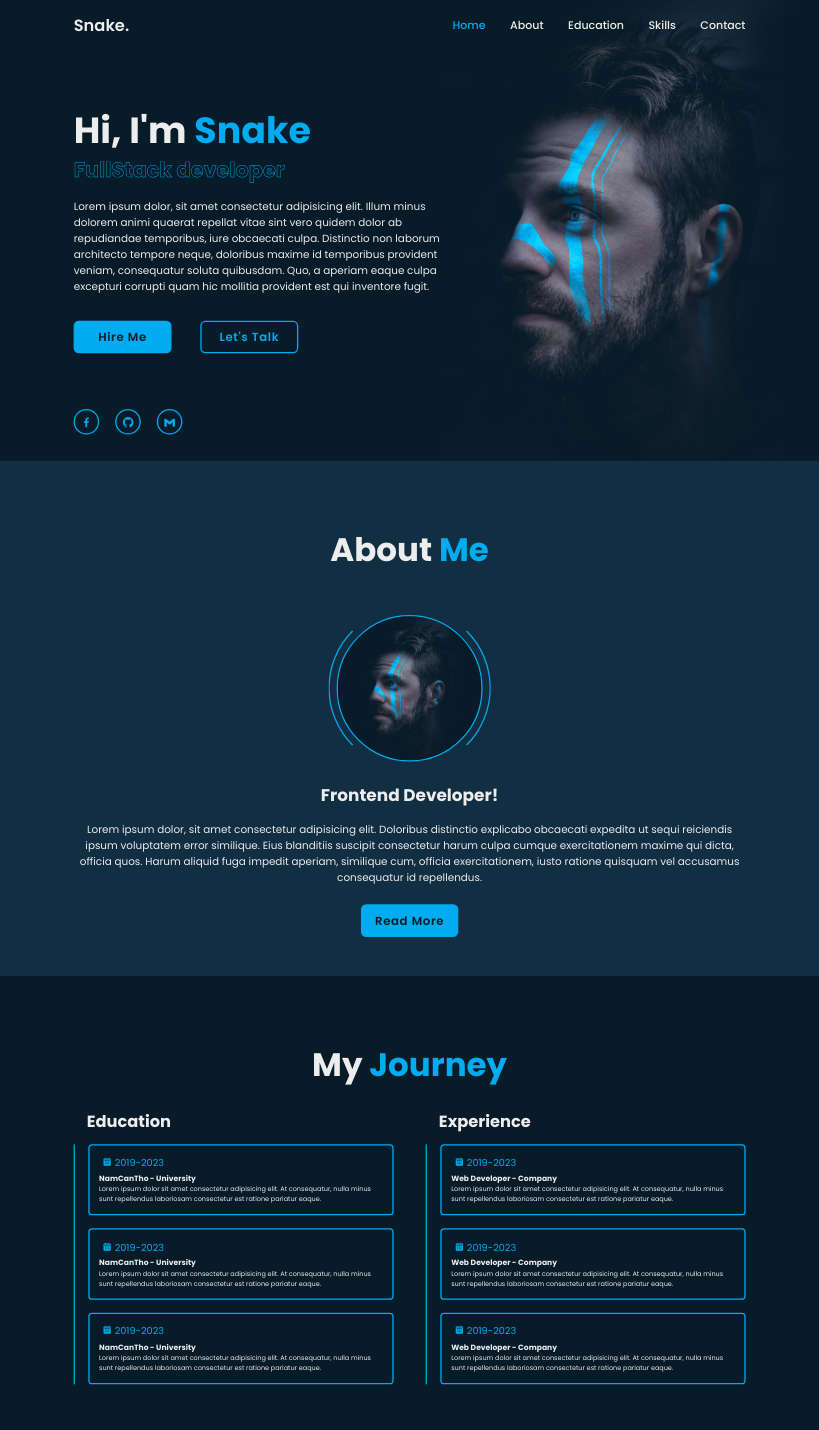
Repository: Tanty102/About_Me
Page: index.html
These files come from the project's save history. The page is drawn as it stood at one moment and after a run of saves; the edit follows.
The browser window is 1280 px wide. The pictures show the whole page, at 64% of full size.

Above is the page before, as saved 2023-09-12 18:41:33.

### index.html
<!DOCTYPE html>
<html lang="en">
  <head>
    <meta charset="UTF-8" />
    <meta name="viewport" content="width=device-width, initial-scale=1.0" />
    <link rel="stylesheet" href="style.css" />
    <title>CV Snake</title>
  </head>

  <!-- box icons -->
  <link
    href="https://unpkg.com/boxicons@2.1.4/css/boxicons.min.css"
    rel="stylesheet" />
  <body>
    <!-- Header design -->
    <header class="header">
      <a href="#" class="logo">Snake.</a>

      <div class="bx bx-menu" id="menu-icon"></div>

      <nav class="navbar">
        <a href="#home" class="active">Home</a>
        <a href="#about">About</a>
        <a href="#education">Education</a>
        <a href="#skills">Skills</a>
        <a href="#contact">Contact</a>
      </nav>
    </header>

    <!-- Home section design -->
    <section class="home" id="home">
      <div class="home-content">
        <h1>Hi, I'm <span>Snake</span></h1>
        <div class="text-animate">
          <h3>FullStack developer</h3>
        </div>
        <p>
          Lorem ipsum dolor, sit amet consectetur adipisicing elit. Illum minus
          dolorem animi quaerat repellat vitae sint vero quidem dolor ab
          repudiandae temporibus, iure obcaecati culpa. Distinctio non laborum
          architecto tempore neque, doloribus maxime id temporibus provident
          veniam, consequatur soluta quibusdam. Quo, a aperiam eaque culpa
          excepturi corrupti quam hic mollitia provident est qui inventore
          fugit.
        </p>

        <div class="btn-box">
          <a href="#" class="btn">Hire Me</a>
          <a href="#" class="btn">Let's Talk</a>
        </div>
      </div>

      <div class="home-sci">
        <a href="#"><i class="bx bxl-facebook"></i></a>
        <a href="#"><i class="bx bxl-github"></i></a>
        <a href="#"><i class="bx bxl-gmail"></i></a>
      </div>

      <div class="home-imgHover"></div>
    </section>

    <!-- About section design -->
    <section class="about" id="about">
      <h2 class="heading">About <span>Me</span></h2>

      <div class="about-img">
        <img src="image/about.jpg" alt="" />
        <span class="circle-spin"></span>
      </div>

      <div class="about-content">
        <h3>Frontend Developer!</h3>
        <p>
          Lorem ipsum dolor, sit amet consectetur adipisicing elit. Doloribus
          distinctio explicabo obcaecati expedita ut sequi reiciendis ipsum
          voluptatem error similique. Eius blanditiis suscipit consectetur harum
          culpa cumque exercitationem maxime qui dicta, officia quos. Harum
          aliquid fuga impedit aperiam, similique cum, officia exercitationem,
          iusto ratione quisquam vel accusamus consequatur id repellendus.
        </p>

        <div class="btn-box btns">
          <a href="#" class="btn">Read More</a>
        </div>
      </div>
    </section>

    <!-- Education section design -->
    <section class="education" id="education">
      <h2 class="heading">My <span>Journey</span></h2>

      <div class="education-row">
        <div class="education-column">
          <h3 class="title">Education</h3>

          <div class="education-box">
            <div class="education-content">
              <div class="content">
                <div class="year">
                  <i class="bx bxs-calendar"></i> 2019-2023
                </div>
                <h3>NamCanTho - University</h3>
                <p>
                  Lorem ipsum dolor sit amet consectetur adipisicing elit. At
                  consequatur, nulla minus sunt repellendus laboriosam
                  consectetur est ratione pariatur eaque.
                </p>
              </div>
            </div>

            <div class="education-content">
              <div class="content">
                <div class="year">
                  <i class="bx bxs-calendar"></i> 2019-2023
                </div>
                <h3>NamCanTho - University</h3>
                <p>
                  Lorem ipsum dolor sit amet consectetur adipisicing elit. At
                  consequatur, nulla minus sunt repellendus laboriosam
                  consectetur est ratione pariatur eaque.
                </p>
              </div>
            </div>

            <div class="education-content">
              <div class="content">
                <div class="year">
                  <i class="bx bxs-calendar"></i> 2019-2023
                </div>
                <h3>NamCanTho - University</h3>
                <p>
                  Lorem ipsum dolor sit amet consectetur adipisicing elit. At
                  consequatur, nulla minus sunt repellendus laboriosam
                  consectetur est ratione pariatur eaque.
                </p>
              </div>
            </div>
          </div>
        </div>

        <div class="education-column">
          <h3 class="title">Experience</h3>

          <div class="education-box">
            <div class="education-content">
              <div class="content">
                <div class="year">
                  <i class="bx bxs-calendar"></i> 2019-2023
                </div>
                <h3>Web Developer - Company</h3>
                <p>
                  Lorem ipsum dolor sit amet consectetur adipisicing elit. At
                  consequatur, nulla minus sunt repellendus laboriosam
                  consectetur est ratione pariatur eaque.
                </p>
              </div>
            </div>

            <div class="education-content">
              <div class="content">
                <div class="year">
                  <i class="bx bxs-calendar"></i> 2019-2023
                </div>
                <h3>Web Developer - Company</h3>
                <p>
                  Lorem ipsum dolor sit amet consectetur adipisicing elit. At
                  consequatur, nulla minus sunt repellendus laboriosam
                  consectetur est ratione pariatur eaque.
                </p>
              </div>
            </div>

            <div class="education-content">
              <div class="content">
                <div class="year">
                  <i class="bx bxs-calendar"></i> 2019-2023
                </div>
                <h3>Web Developer - Company</h3>
                <p>
                  Lorem ipsum dolor sit amet consectetur adipisicing elit. At
                  consequatur, nulla minus sunt repellendus laboriosam
                  consectetur est ratione pariatur eaque.
                </p>
              </div>
            </div>
          </div>
        </div>
      </div>
    </section>

    <script src="main.js"></script>
  </body>
</html>

### style.css
@import url("https://fonts.googleapis.com/css2?family=Poppins:wght@300;400;500;600;700;800;900&display=swap");

* {
  margin: 0;
  padding: 0;
  box-sizing: border-box;
  text-decoration: none;
  border: none;
  outline: none;
  scroll-behavior: smooth;
  font-family: "Poppins", sans-serif;
}

:root {
  --bg-color: #081b29;
  --second-bg-color: #112e42;
  --text-color: #ededed;
  --main-color: #00abf0;
}

html {
  font-size: 63.5%;
  overflow-x: hidden;
}

body {
  background: var(--bg-color);
  color: var(--text-color);
}

.header {
  position: fixed;
  top: 0;
  left: 0;
  width: 100%;
  padding: 2rem 9%;
  background: transparent;
  display: flex;
  justify-content: space-between;
  align-items: center;
  z-index: 100;
}

.logo {
  font-size: 2.5rem;
  color: var(--text-color);
  font-weight: 600;
}

.navbar a {
  font-size: 1.7rem;
  color: var(--text-color);
  font-weight: 500;
  margin-left: 3.5rem;
  transition: 0.3s;
}

.navbar a:hover,
.navbar a.active {
  color: var(--main-color);
}

#menu-icon {
  font-size: 3.6rem;
  color: var(--text-color);
  cursor: pointer;
  display: none;
}

section {
  min-height: 100vh;
  padding: 10rem 9% 2rem;
}

.home {
  display: flex;
  align-items: center;
  padding: 0 9%;
  background: url("/image/home.jpg") no-repeat;
  background-size: cover;
  background-position: center;
}

.home-content {
  max-width: 60rem;
}

.home-content h1 {
  font-size: 5.6rem;
  font-weight: 700;
  line-height: 1.3;
}

.home-content .text-animate {
  position: relative;
  width: 32.8rem;
}

.home-content .text-animate h3 {
  font-size: 3.2rem;
  font-weight: 700;
  color: transparent;
  -webkit-text-stroke: 0.7px var(--main-color);
}

.home-content p {
  font-size: 1.6rem;
  margin: 2rem 0 4rem;
}

.btn-box {
  position: relative;
  display: flex;
  justify-content: space-between;
  width: 34.5rem;
  height: 5rem;
}
.btn-box .btn {
  position: relative;
  display: inline-flex;
  justify-content: center;
  align-items: center;
  width: 15rem;
  height: 100%;
  background: var(--main-color);
  border: 0.2rem solid var(--main-color);
  border-radius: 0.8rem;
  font-size: 1.8rem;
  font-weight: 600;
  letter-spacing: 0.1rem;
  color: var(--bg-color);
  z-index: 1;
  overflow: hidden;
  transition: 0.5s;
}

.btn-box .btn:hover {
  color: var(--main-color);
}

.btn-box .btn:nth-child(2) {
  background: transparent;
  color: var(--main-color);
}

.btn-box .btn:nth-child(2):hover {
  color: var(--bg-color);
}

.btn-box .btn:nth-child(2)::before {
  background: var(--main-color);
}

.btn-box .btn::before {
  content: "";
  position: absolute;
  top: 0;
  left: 0;
  width: 0;
  height: 100%;
  background: var(--bg-color);
  z-index: -1;
  transition: 0.5s;
}

.btn-box .btn:hover::before {
  width: 100%;
}

.home-sci {
  position: absolute;
  bottom: 4rem;
  width: 170px;
  display: flex;
  justify-content: space-between;
}

.home-sci a {
  position: relative;
  display: inline-flex;
  justify-content: center;
  align-items: center;
  width: 40px;
  height: 40px;
  background: transparent;
  border: 0.2rem solid var(--main-color);
  border-radius: 50%;
  font-size: 20px;
  color: var(--main-color);
  z-index: 1;
  overflow: hidden;
  transition: 0.5s;
}

.home-sci a:hover {
  color: var(--bg-color);
}

.home-sci a::before {
  content: "";
  position: absolute;
  top: 0;
  left: 0;
  width: 0;
  height: 100%;
  background: var(--main-color);
  z-index: -1;
  transition: 0.5s;
}

.home-sci a:hover::before {
  width: 100%;
}

.home-imgHover {
  position: absolute;
  top: 0;
  right: 0;
  width: 45%;
  height: 100%;
  background: transparent;
  transition: 3s;
}

.home-imgHover:hover {
  background: var(--bg-color);
  opacity: 0.8;
}

.about {
  display: flex;
  justify-content: center;
  align-items: center;
  flex-direction: column;
  gap: 2rem;
  background: var(--second-bg-color);
  padding-bottom: 6rem;
}

.heading {
  font-size: 5rem;
  margin-bottom: 3rem;
  text-align: center;
}
span {
  color: var(--main-color);
}

.about-img {
  position: relative;
  width: 25rem;
  height: 25rem;
  border-radius: 50%;
  display: flex;
  justify-content: center;
  align-items: center;
}

.about-img img {
  width: 90%;
  border-radius: 50%;
  border: 0.2rem solid var(--main-color);
}

.about-img .circle-spin {
  position: absolute;
  top: 50%;
  left: 50%;
  transform: translate(-50%, -50%) rotate(0);
  width: 100%;
  height: 100%;
  border-radius: 50%;
  border-top: 0.2rem solid var(--second-bg-color);
  border-bottom: 0.2rem solid var(--second-bg-color);
  border-left: 0.2rem solid var(--main-color);
  border-right: 0.2rem solid var(--main-color);
}

.about-content {
  text-align: center;
}

.about-content h3 {
  font-size: 2.6rem;
}

.about-content p {
  font-size: 1.6rem;
  margin: 2rem 0 3rem;
}

.btn-box.btns {
  display: inline-block;
  width: 15rem;
}

.btn-box.btns a::before {
  background: var(--second-bg-color);
}

.education {
  display: flex;
  justify-content: center;
  align-items: center;
  flex-direction: column;
  min-height: auto;
  padding-bottom: 5rem;
}

.education .education-row {
  display: flex;
  flex-wrap: wrap;
  gap: 5rem;
}

.education-row .education-column {
  flex: 1 1 40rem;
}

.education-column .title {
  font-size: 2.5rem;
  margin: 0 0 1.5rem 2rem;
}

.education-column .education-box {
  border-left: 0.2rem solid var(--main-color);
}

.education-box .education-content {
  position: relative;
  padding-left: 2rem;
}

.education-content .content {
  position: relative;
  padding: 1.5rem;
  border: 0.2rem solid var(--main-color);
  border-radius: 0.6rem;
  margin-bottom: 2rem;
}

.education-content .content .year {
  font-size: 1.5rem;
  color: var(--main-color);
  padding-bottom: 0.5rem;
}

.education-content .content .year i {
  padding-left: .5rem;
}

.du

Loaded but not shown: main.js (no copy from this time; the picture is the same without it)

After the next 4 saves:
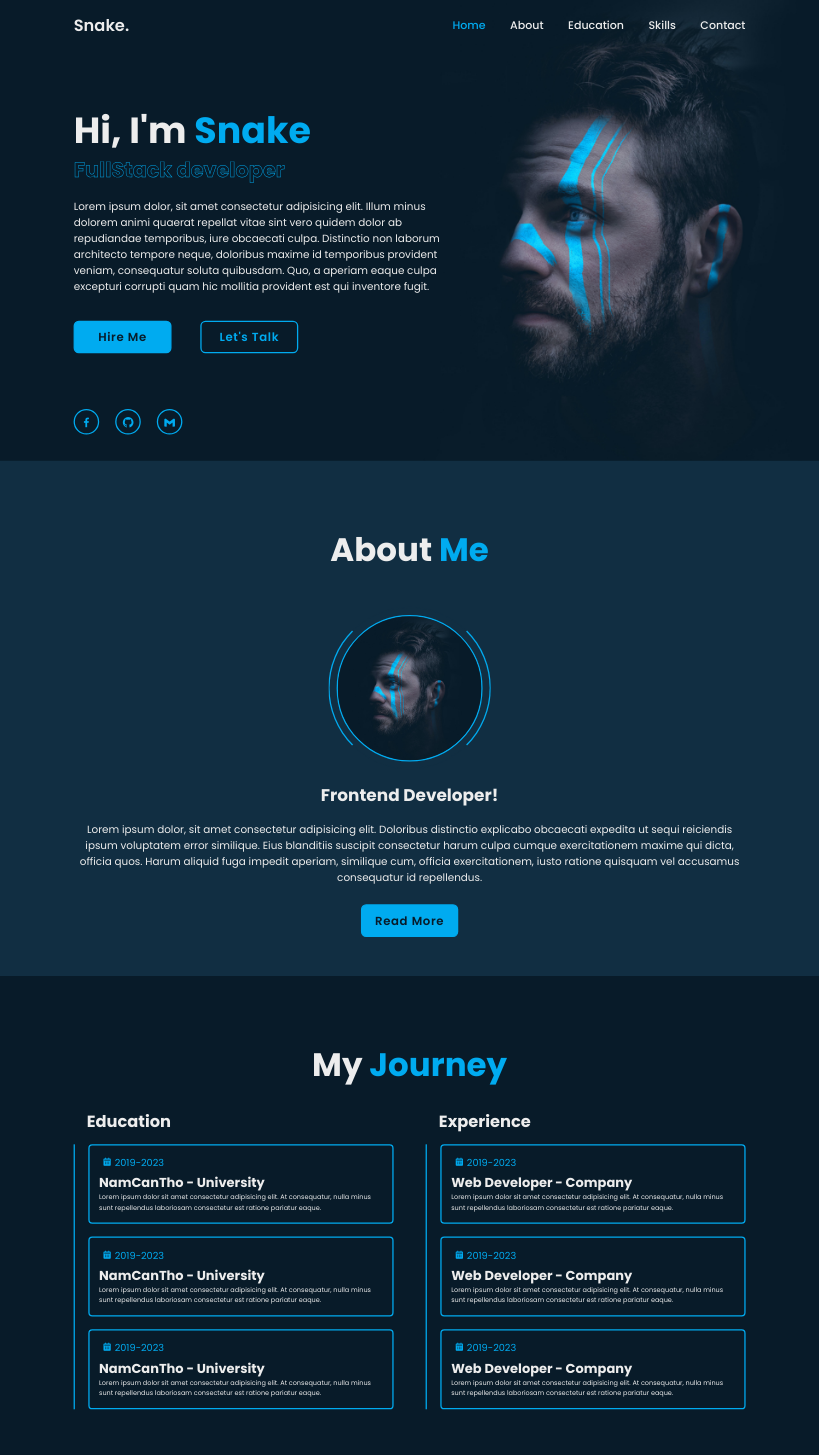
The 4 saves are shown as one change because they came seconds apart.
The last was saved 14 s later.
--- a/style.css
+++ b/style.css
@@ -349,4 +349,6 @@ span {
   padding-left: .5rem;
 }
 
-.du
+.education-content .content h3 {
+  font-size: 2rem;
+}
